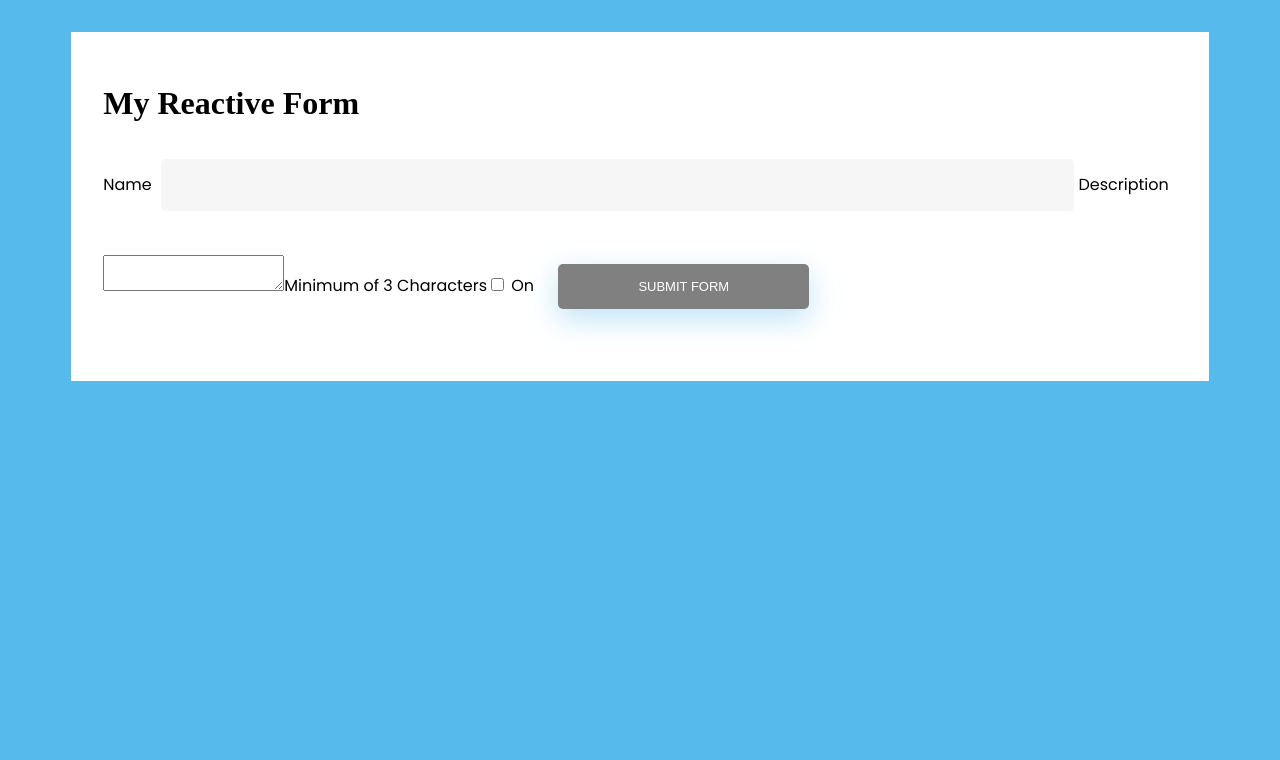
Repository: jas-fullstack/demomean
Page: /contact-us (app in Angular 6/)
An editor plug-in stored every save of this project. The page is shown before and after the next save, followed by the edit.
The browser window is 1280 px wide. The pictures show the whole page.
The project was rebuilt for these pictures with package versions that can differ from the ones it lists, and the page was loaded fresh each time. Also part of the build but not shown: Angular 6/angular.json, Angular 6/src/app/user/user.component.ts, Angular 6/src/app/user/sign-up/sign-up.component.ts, Angular 6/src/app/user/sign-in/sign-in.component.ts, Angular 6/src/app/user-profile/user-profile.component.ts.

Above is the page before, as saved 2018-10-04 14:39:26.

After the next save:
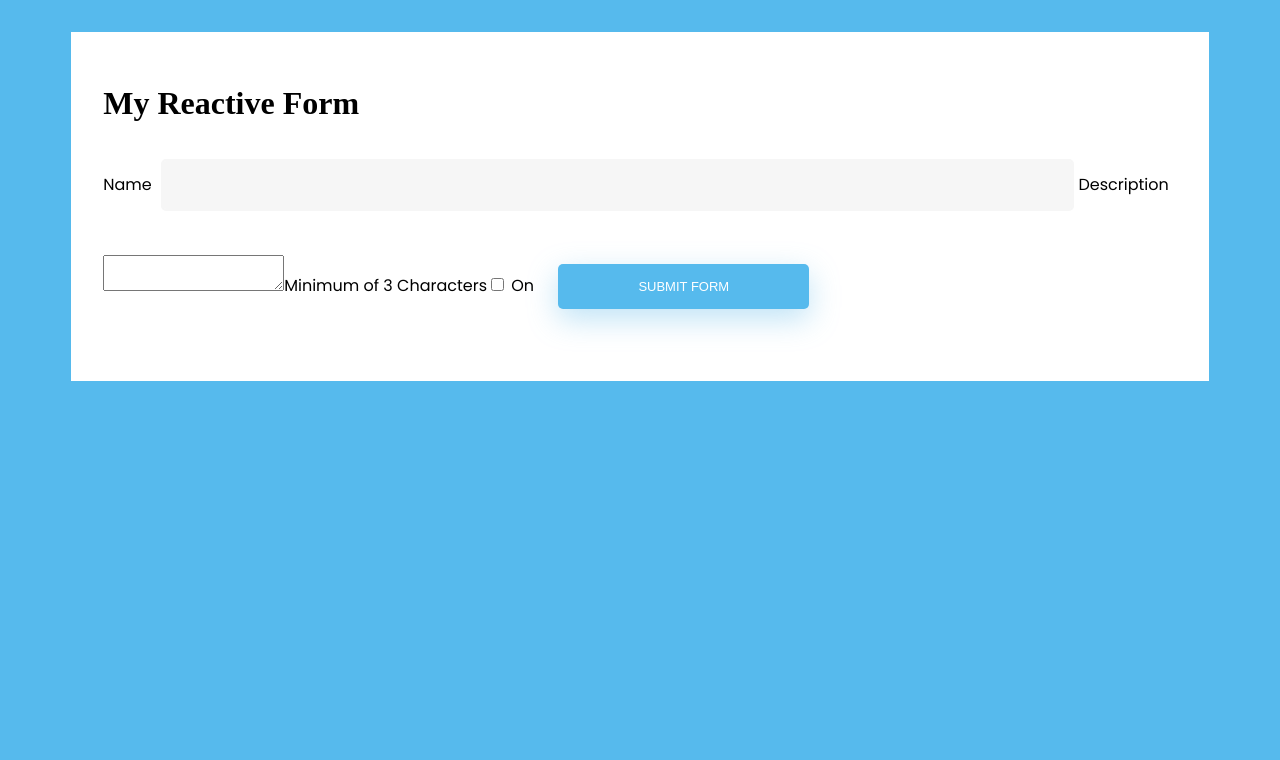
Saved 15 s later.
--- a/Angular 6/src/app/contactus/contactus.component.html
+++ b/Angular 6/src/app/contactus/contactus.component.html
@@ -14,7 +14,7 @@
         <label for="validate">Minimum of 3 Characters</label>
         <input type="checkbox" name="validate" formControlName="validate" value="1"> On
 
-        <input type="submit" class="button expanded" value="Submit Form" [disabled]="!rForm.valid">
+        <input type="submit" class="button expanded" value="Submit Form" >
       </div>
     </div>
   </form>

After the save that followed:
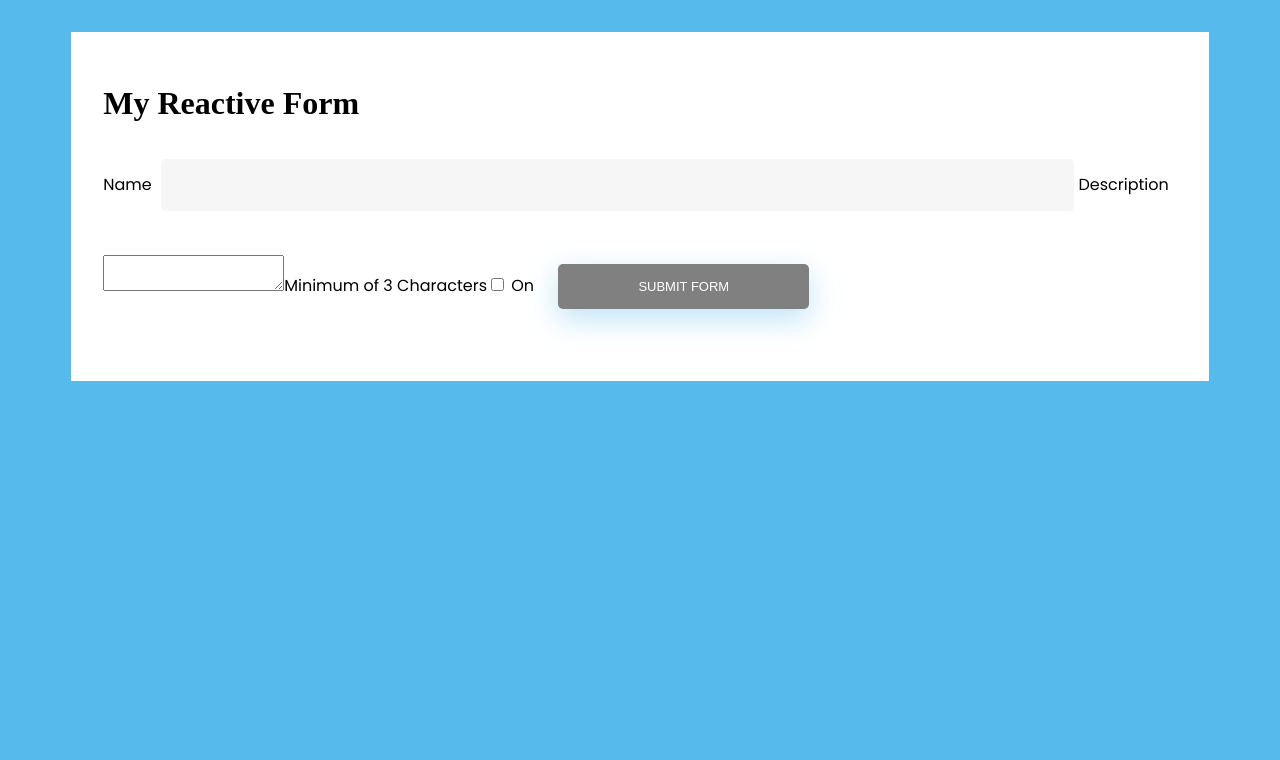
Saved 11 s later.
--- a/Angular 6/src/app/contactus/contactus.component.html
+++ b/Angular 6/src/app/contactus/contactus.component.html
@@ -14,7 +14,7 @@
         <label for="validate">Minimum of 3 Characters</label>
         <input type="checkbox" name="validate" formControlName="validate" value="1"> On
 
-        <input type="submit" class="button expanded" value="Submit Form" >
+        <input type="submit" class="button expanded" value="Submit Form" [disabled]="!rForm.valid">
       </div>
     </div>
   </form>
